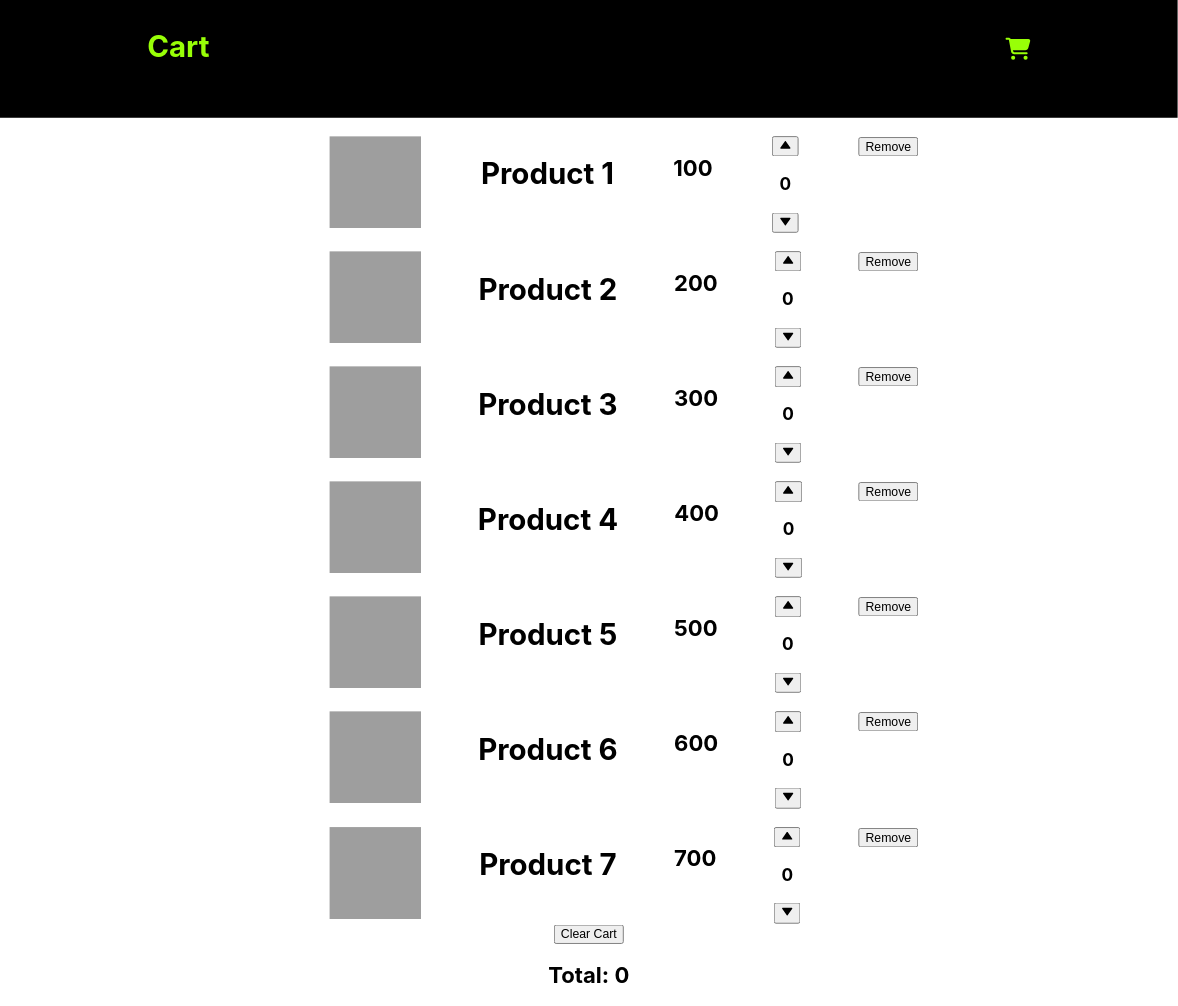
Repository: sriram1224/Cart-react-app
Page: /
The author's editor kept a copy of each file at every save. The page is drawn from the files as they stood at one save, then again after the next save.
The browser window is 1280 px wide. The pictures show the whole page, at 92% of full size.
Pictures or frames that could not be fetched are drawn as grey boxes. The project was rebuilt for these pictures with package versions that can differ from the ones it lists, and the page was loaded fresh each time.

Above is the page before, as saved 2024-03-12 22:06:11.

After the next save:
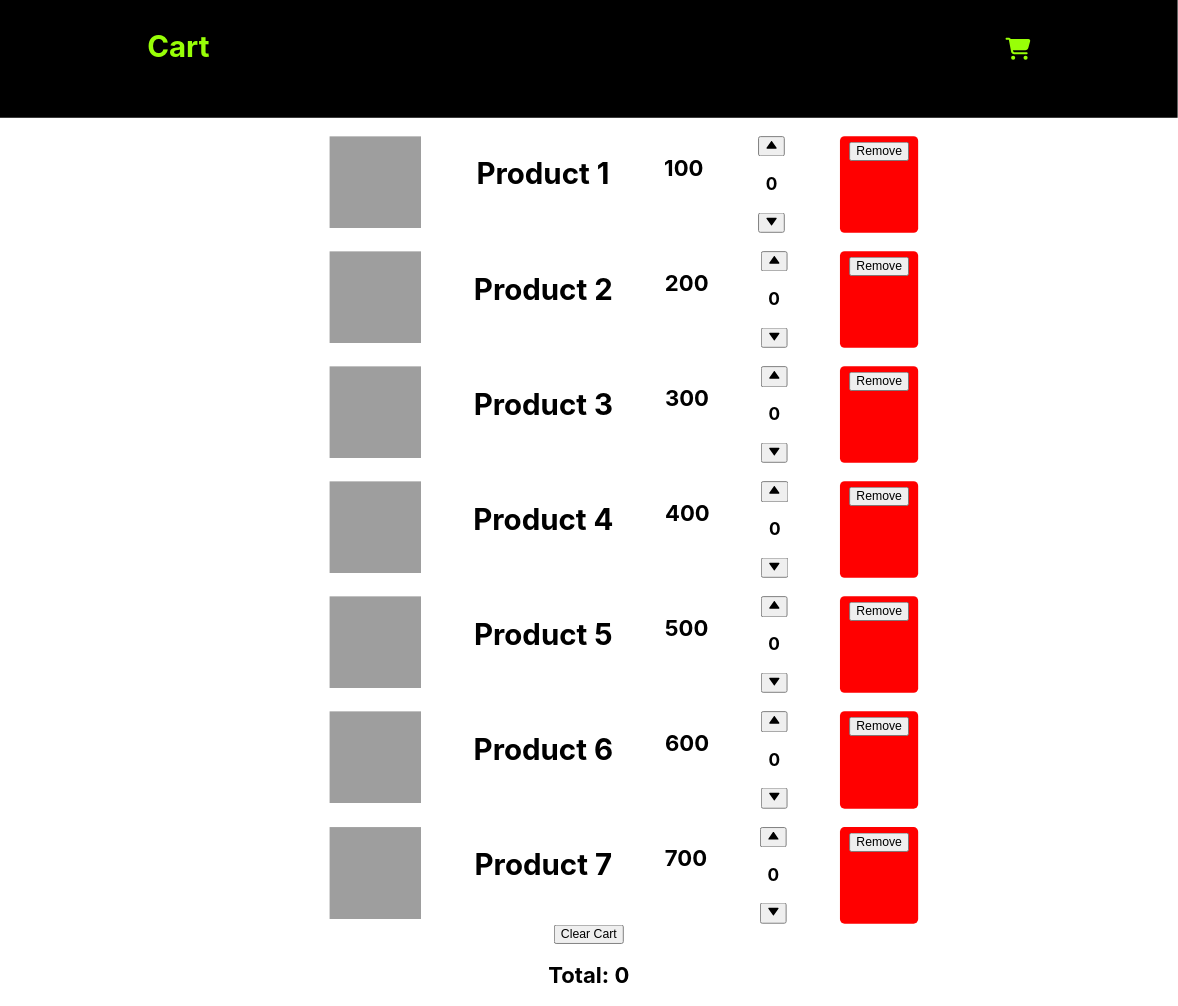
Saved 14 s later.
--- a/src/Components/cart.css
+++ b/src/Components/cart.css
@@ -13,3 +13,11 @@
     width: 100px;
     height: 100px;
 }
+.rm-button{
+    background-color: red;
+    color: white;
+    border: none;
+    padding: 5px 10px;
+    border-radius: 5px;
+    cursor: pointer;
+}
